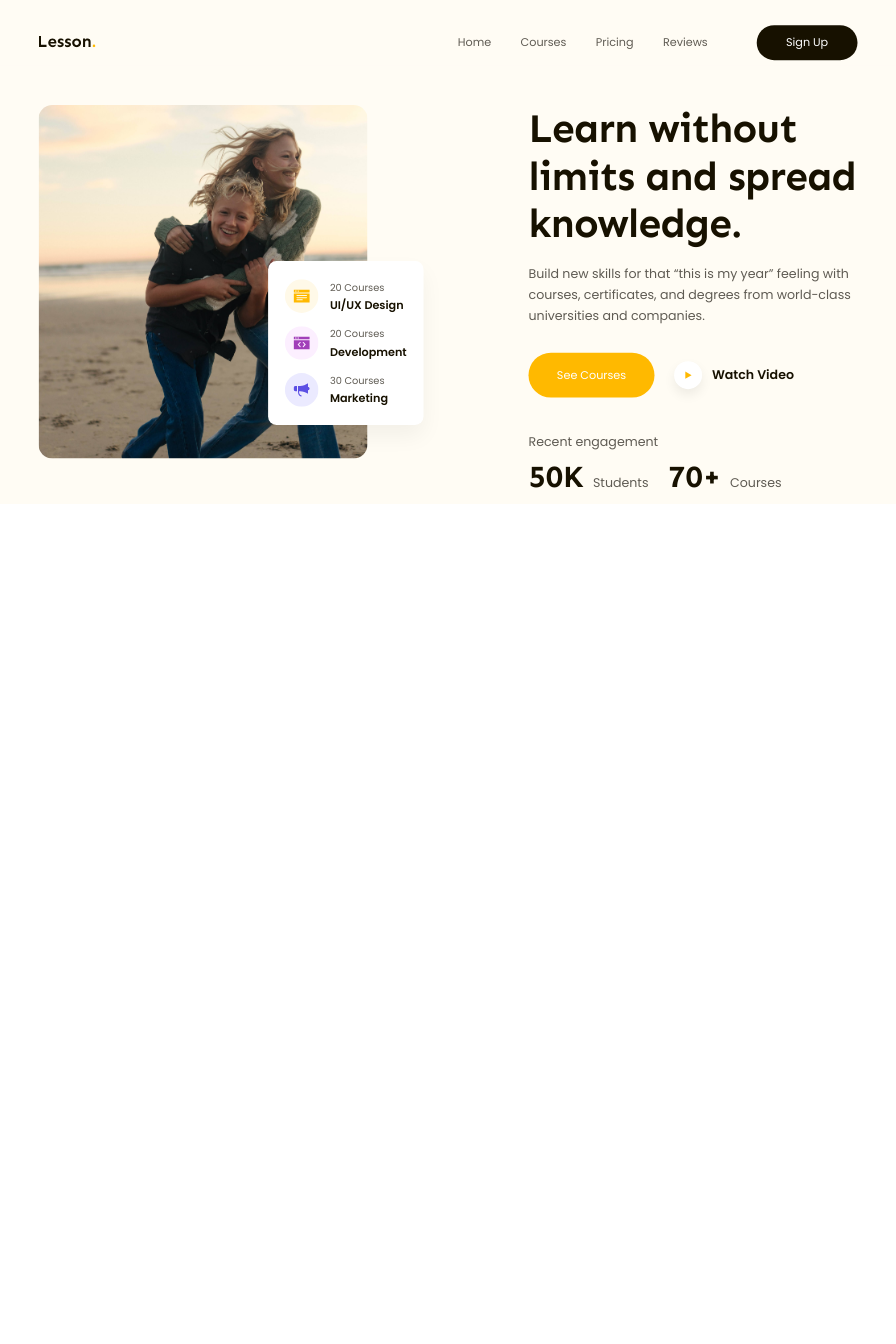
Repository: tinhtranjp/htmlcss-01
Page: index.html
The author's editor kept a copy of each file at every save. The page is drawn from the files as they stood at one save, then again after the next save.
The browser window is 1280 px wide. The pictures show the part of the page from y = 0 to 1920 px (the page is 5000 px tall), at 70% of full size.

Above is the page before, as saved 2023-01-20 03:01:37.

After the next save:
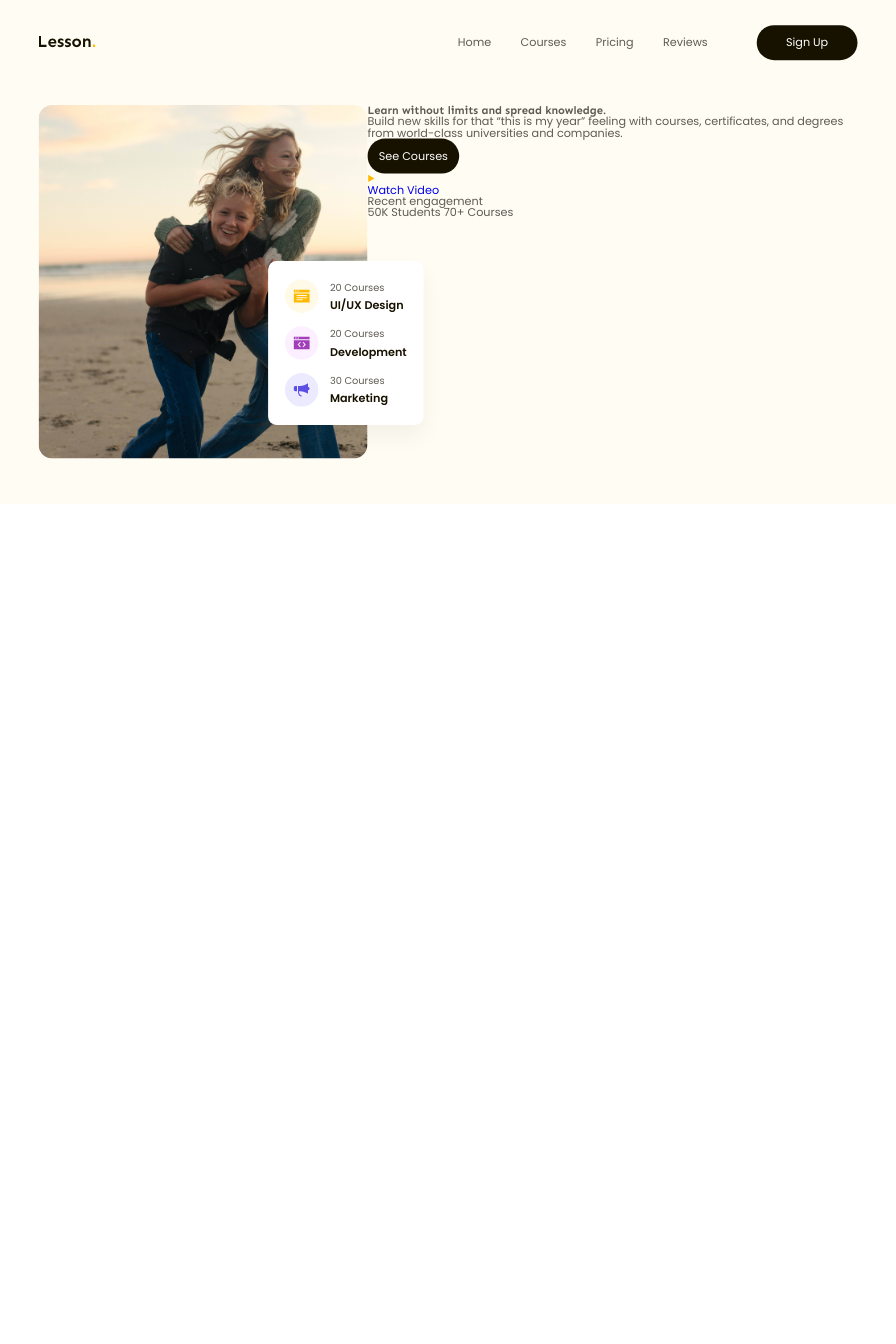
Saved 116 s later.
--- a/assets/css/styles.css
+++ b/assets/css/styles.css
@@ -137,7 +137,7 @@
   color: #171100;
 }
 
-.hero .hero-info {
+/* .hero .hero-info {
   height: 48px;
   width: 50%;
   display: flex;
@@ -241,4 +241,4 @@
 
 .hero-info .qty strong:last-child {
   margin-left: 28px;
-}
+} */
